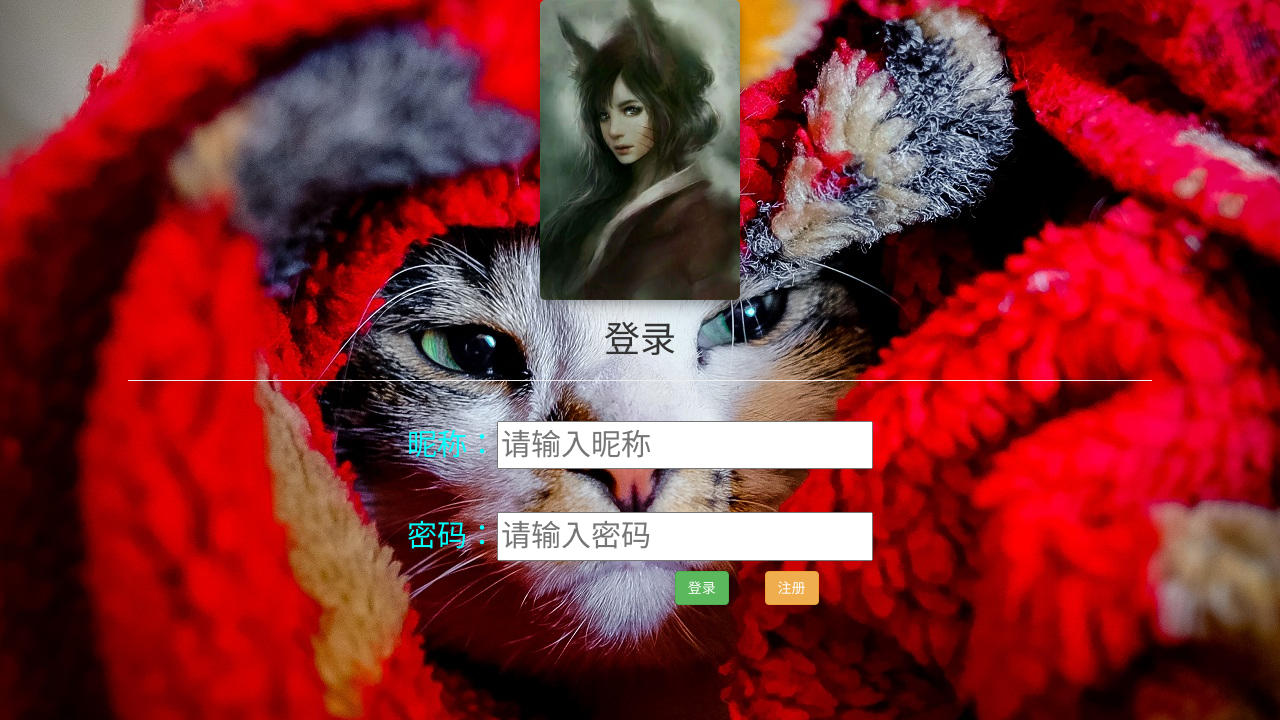
Repository: JuniorProjectTraining/free
Page: http://localhost/emss/login.jsp
The author's editor kept a copy of each file at every save. The page is drawn from the files as they stood at one save, then again after the next save.
The browser window is 1280 px wide. The pictures show the whole page.
Some web libraries are served in a nearby version. The page is served by Tomcat 9. Other server files are loaded and not shown.

Above is the page before, as saved 2019-12-25 13:57:41.

### emss/src/main/webapp/login.jsp
<%@ page language="java" contentType="text/html; charset=UTF-8"
	pageEncoding="UTF-8"%>
<!DOCTYPE html>
<html>
<head>
<meta charset="UTF-8">
<title>Insert title here</title>

<meta http-equiv="X-UA-Compatible" content="IE=edge">
<meta name="viewport" content="width=device-width, initial-scale=1">
<!-- 上述3个meta标签*必须*放在最前面，任何其他内容都*必须*跟随其后！ -->
<script src="https://cdn.staticfile.org/jquery/1.10.2/jquery.min.js"></script>

<!-- Bootstrap -->

<link
	href="https://cdn.jsdelivr.net/npm/bootstrap@3.3.7/dist/css/bootstrap.min.css"
	rel="stylesheet">

<style type="text/css">
body {
	margin: 0;
	height: 100vh;
}

.nn, .nn input {
	font-family: "楷体";
	font-size: 30px;
	color: cyan;
}

#n {
	box-shadow: 0 4px 8px 0 rgba(0, 0, 0, 0.2), 0 6px 20px 0
		rgba(0, 0, 0, 0.19);
	width: 200px;
	height: 300px;
	border-radius: 32px;
	border-radius: 5px;
	cursor: pointer;
	transition: 0.3s;
}

#beijing {
	background-image: url(./image/parallex.jpg);
	background-size: 100%;
	background-repeat: no-repeat;
	height: 100%;
	text-align: center;
}
</style>
</head>
<body>
	<div id="beijing">
		<img id="n" src="./image/ali_27.jpeg">
		<h1 Style="text-align: center;">登录</h1>
		<hr width="80%">

		<form style="text-align: center;"
			action="${pageContext.request.contextPath }/EmpServlet?cmd=login"
			method="post">
			<br>
			<p class="nn">
				昵称：<input id="username" name="nickname" placeholder="请输入昵称" />
				<br>
				<br>
				密码：<input type="password" id="password" name="password"
					placeholder="请输入密码"/ >
					<br>

				<div class="col-sm-offset-2 col-sm-10">
					<button type="submit" class="btn btn-success">登录</button>
					&emsp;&emsp;
					<button type="reset" class="btn btn-warning">注册</button>
				</div>
			</p>
		</form>
	</div>

	<script
		src="https://cdn.jsdelivr.net/npm/jquery@1.12.4/dist/jquery.min.js"></script>
	<!-- 加载 Bootstrap 的所有 JavaScript 插件。你也可以根据需要只加载单个插件。 -->
	<script
		src="https://cdn.jsdelivr.net/npm/bootstrap@3.3.7/dist/js/bootstrap.min.js"></script>

</body>
</html>

After the next save:
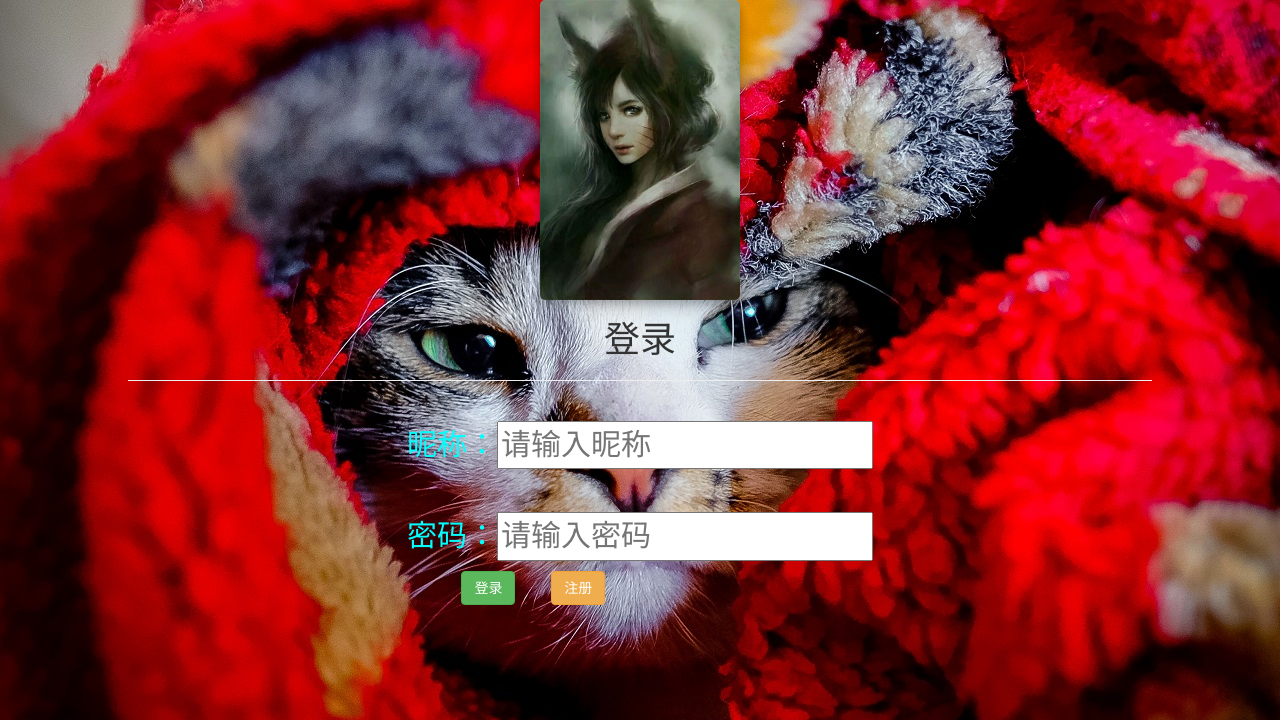
Saved 41 s later.
--- a/emss/src/main/webapp/login.jsp
+++ b/emss/src/main/webapp/login.jsp
@@ -67,7 +67,7 @@ body {
 					placeholder="请输入密码"/ >
 					<br>
 
-				<div class="col-sm-offset-2 col-sm-10">
+				<div class="col-sm-10">
 					<button type="submit" class="btn btn-success">登录</button>
 					&emsp;&emsp;
 					<button type="reset" class="btn btn-warning">注册</button>
